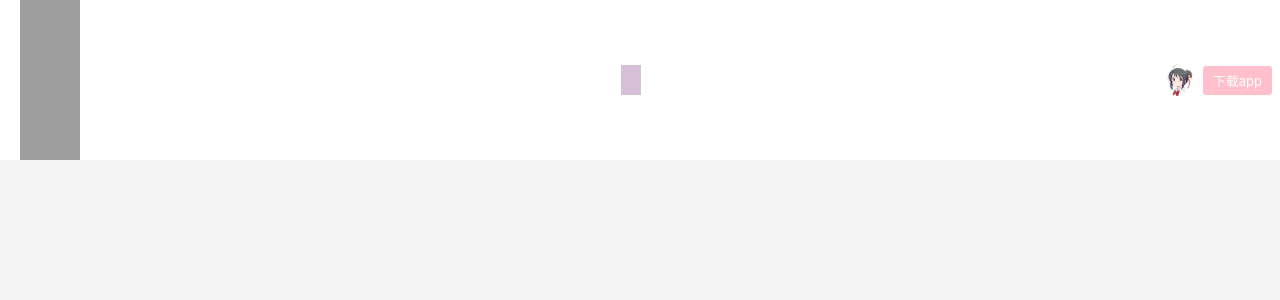
Repository: caiys666/bilibili
Page: /#/userinfo
An editor plug-in stored every save of this project. The page is shown before and after the next save, followed by the edit.
The browser window is 1280 px wide. The pictures show the whole page.
Pictures or frames that could not be fetched are drawn as grey boxes. The project was rebuilt for these pictures with package versions that can differ from the ones it lists, and the page was loaded fresh each time. Also part of the build but not shown: vue.config.js, src/components/HelloWorld.vue, src/views/Home.vue.

Above is the page before, as saved 2020-10-01 21:25:01.

After the next save:
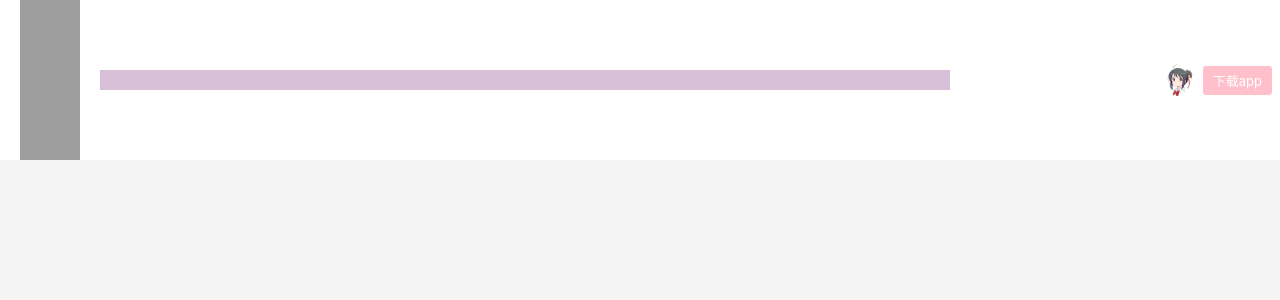
Saved 40 s later.
--- a/src/components/commn/Navbar.vue
+++ b/src/components/commn/Navbar.vue
@@ -27,11 +27,11 @@
     div:nth-child(2){
         flex: 1;
         display: flex;
-        justify-content: center;
         align-items: center;
         p{
             background-color: thistle;
-            padding: 15px 10px;
+            padding: 10px 0px;
+            width: 80%;
         }
     }
     div:nth-child(3){
